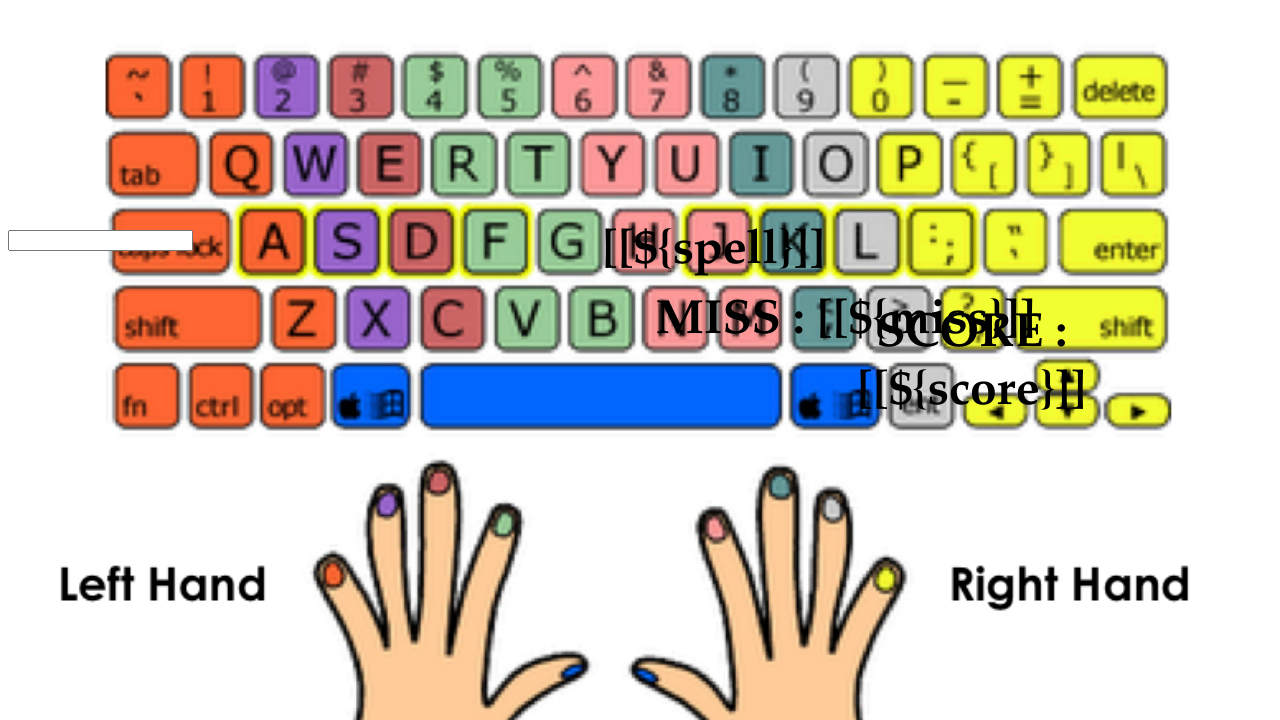
Repository: thaddeas01/typingskill
Page: src/main/resources/templates/single.html
These files come from the project's save history. The page is drawn as it stood at one moment and after the next save; the edit follows.
The browser window is 1280 px wide. The pictures show the whole page.

Above is the page before, as saved 2023-01-14 00:43:40.
Console error: SyntaxError: Unexpected token '{'

After the next save:
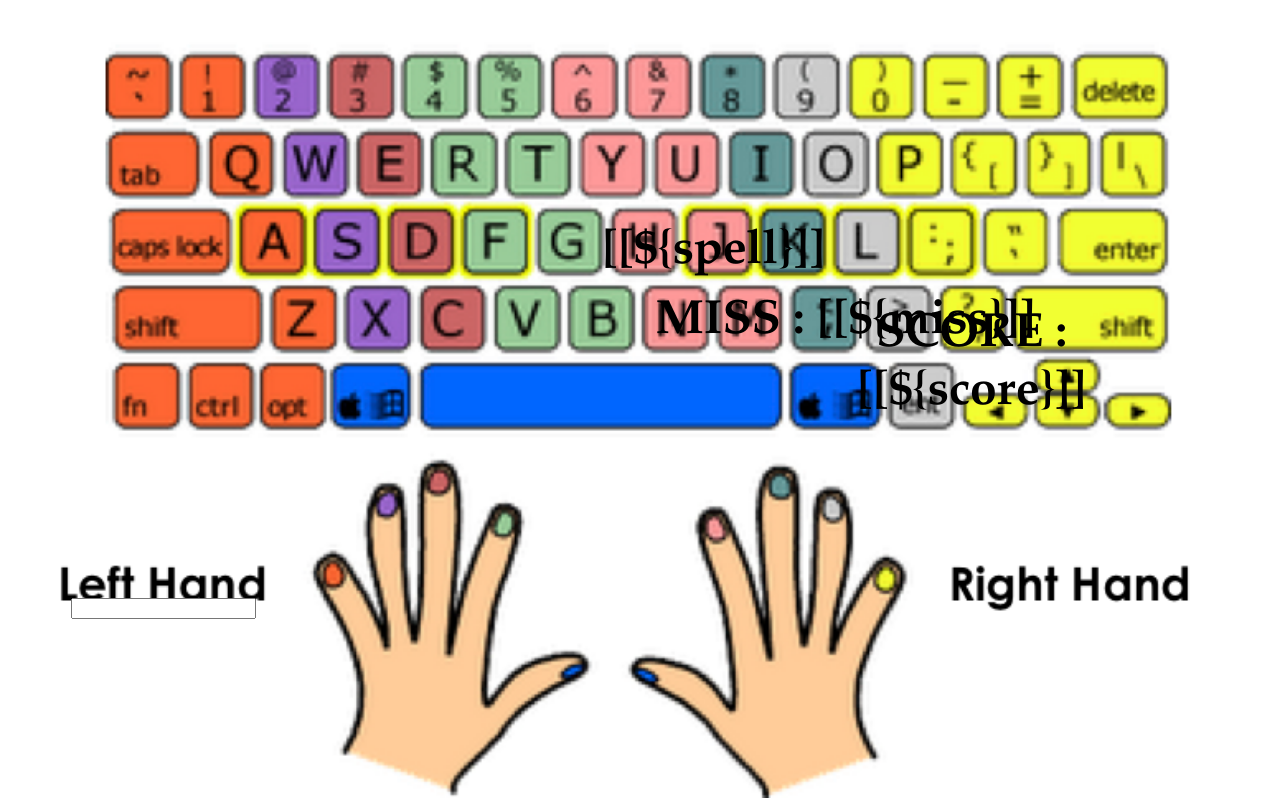
Saved 2 min 24 s later.
--- a/src/main/resources/templates/single.html
+++ b/src/main/resources/templates/single.html
@@ -8,7 +8,7 @@
   <p class="word1"><b> [[${spell}]] </b></p>
   <p class="word2"><b> MISS : [[${miss}]] </b></p>
   <p class="word3"><b> SCORE : [[${score}]] </b></p>
-  <form th:action="@{/hantei(prob=${spell},miss=${miss},score=${score})}" method="post">
+  <form th:action="@{/hantei(prob=${spell},miss=${miss},score=${score})}" method="post" class="input">
     <input type="text" name="answer" id="firstinput">
   </form>
 </body>
@@ -52,6 +52,17 @@
       position: relative;
       text-align: center;
       top: 40%;
+      left: -3.5%;
+      display: inline-block;
+      margin-top: 1rem;
+    }
+    .input{
+      width: 400px;
+      height: 200px;
+      font-family: "garamond", serif;
+      position: relative;
+      text-align: center;
+      top: 50%;
       left: -3.5%;
       display: inline-block;
       margin-top: 1rem;
